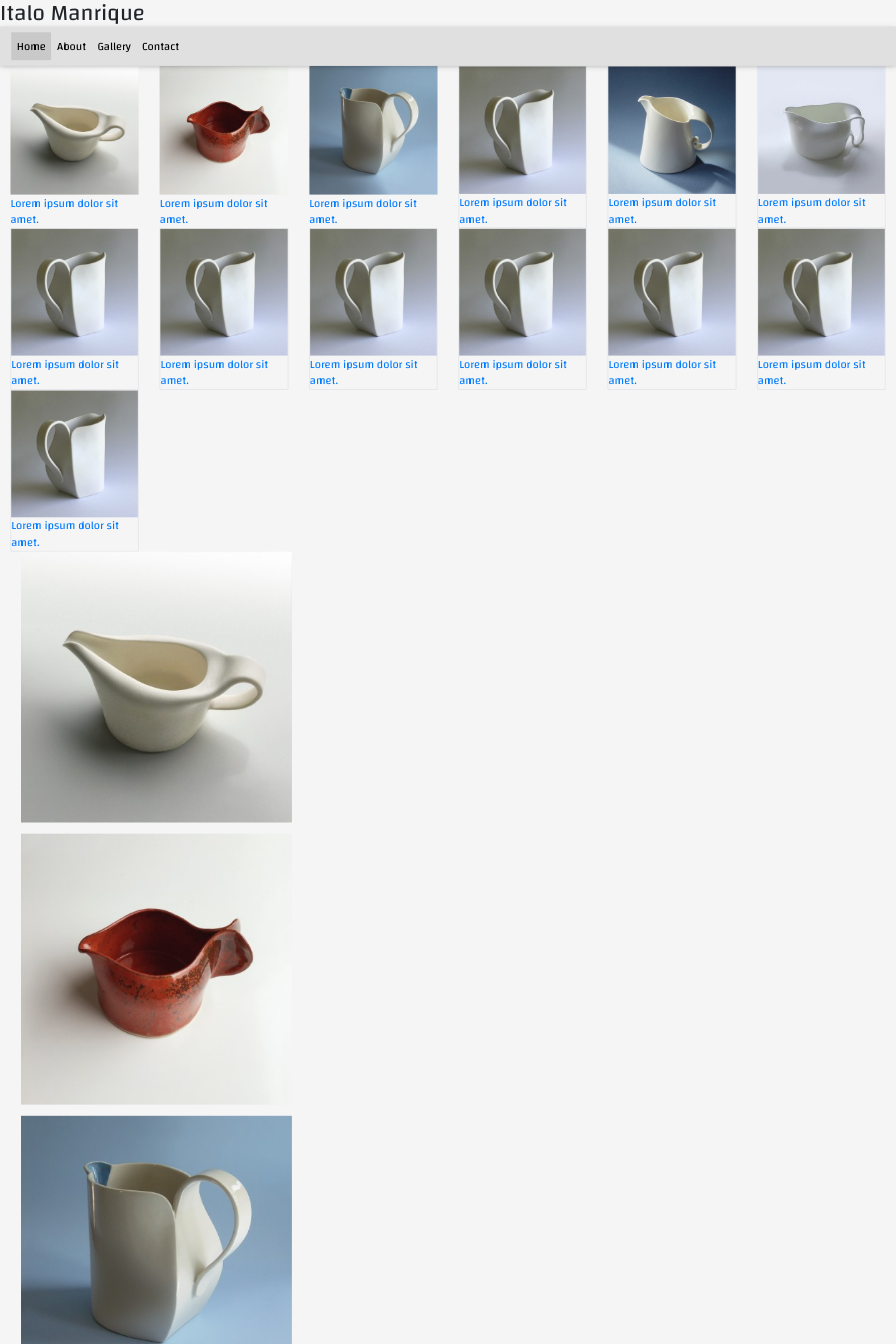
Repository: ManrOsca/ceramics
Page: MDB/gallery.html
The author's editor kept a record of every edit. The page is drawn from the files as they stood at one moment, then again after the next edit.
The browser window is 1280 px wide. The pictures show the part of the page from y = 0 to 1920 px (the page is 6023 px tall), at 70% of full size.

Above is the page before.

After the next edit:
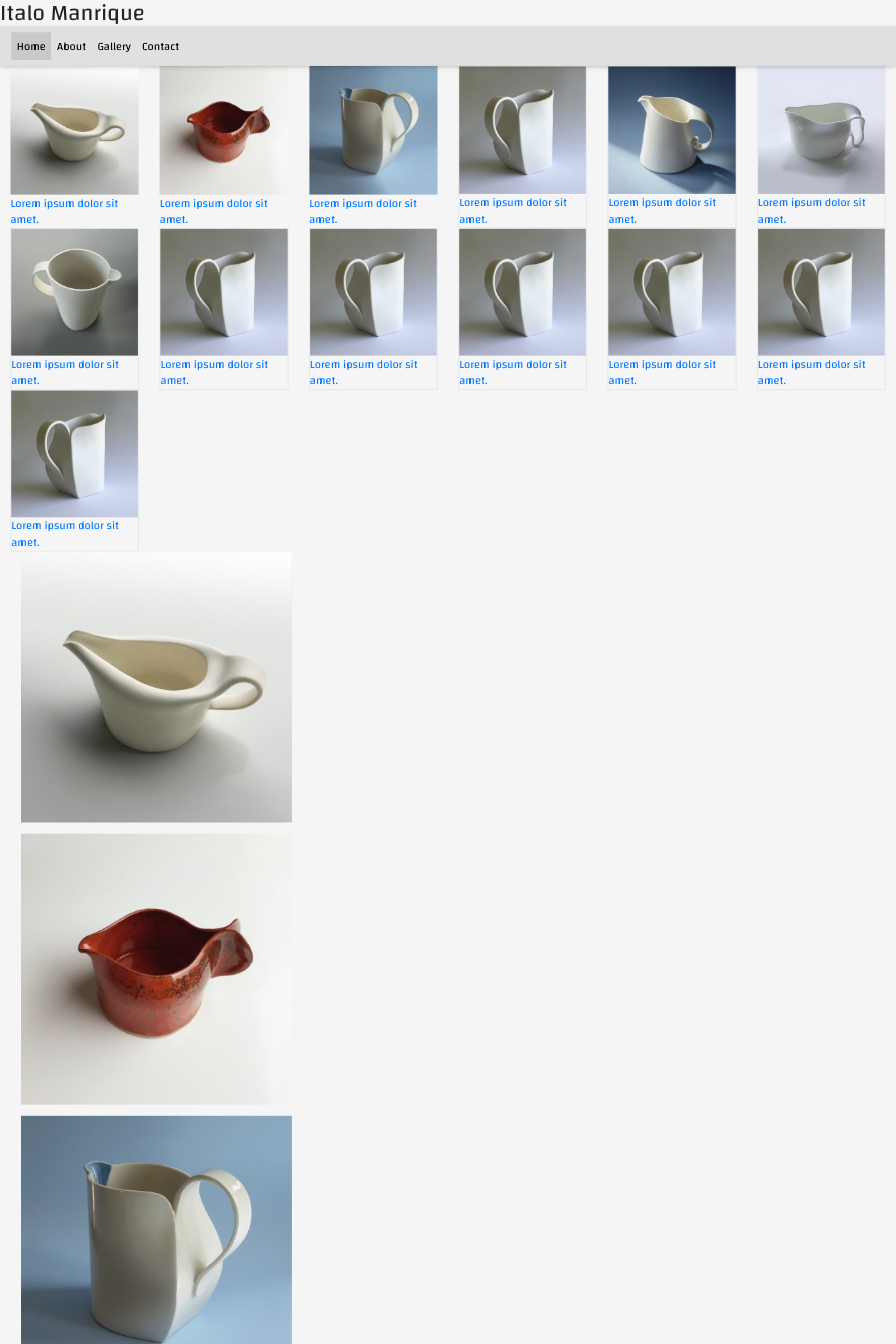
The edit:
--- a/MDB/gallery.html
+++ b/MDB/gallery.html
@@ -123,8 +123,8 @@
 
                 <div class="col-lg-2 col-sm-4">
                   <div class="img-thumbnail">
-                      <a href="img/jug-2.jpg">
-                     <img src="img/jug-2-thumb.jpg" alt="jug-5" class="img-responsive">
+                      <a href="img/jug-5.jpg">
+                     <img src="img/jug-5-thumb.jpg" alt="jug-5" class="img-responsive">
                      <div class="caption">Lorem ipsum dolor sit amet.</div>
                      </a>
                   </div>
